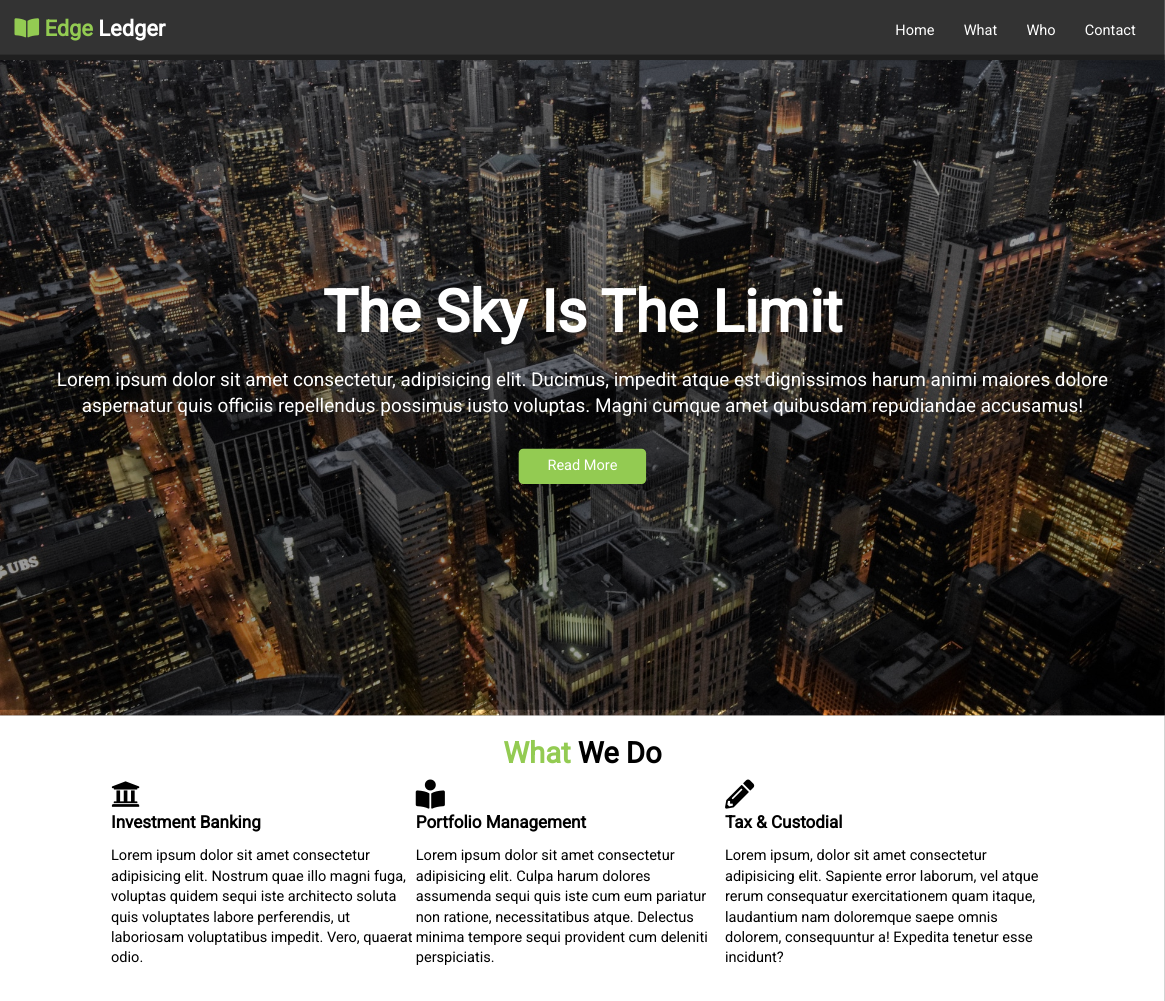
Repository: minhtien9/EdgeLedger-Financial-Web
Page: index.html
The author's editor kept a copy of each file at every save. The page is drawn from the files as they stood at one save, then again after the next save.
The browser window is 1280 px wide. The pictures show the whole page, at 91% of full size.

Above is the page before, as saved 2021-08-16 22:18:11.

### index.html
<!DOCTYPE html>
<html lang="en">

<head>
    <meta charset="UTF-8" />
    <meta http-equiv="X-UA-Compatible" content="IE=edge" />
    <meta name="viewport" content="width=device-width, initial-scale=1.0" />
    <link rel="stylesheet" href="https://cdnjs.cloudflare.com/ajax/libs/font-awesome/5.15.4/css/all.min.css" integrity="sha512-1ycn6IcaQQ40/MKBW2W4Rhis/DbILU74C1vSrLJxCq57o941Ym01SwNsOMqvEBFlcgUa6xLiPY/NS5R+E6ztJQ==" crossorigin="anonymous" referrerpolicy="no-referrer"
    />
    <link rel="stylesheet" media="screen and (max-width:768px)" href="css/mobile.css" />
    <link rel="stylesheet" media="screen  and (min-width:1100)" href="css/widescreen.css" />
    <link rel="stylesheet" href="css/style.css" />
    <title>EdgeLedger Financial | Accounting & Investment</title>
</head>

<body id="home">
    <!-- Navbar -->
    <nav id="navbar">
        <h1 class="logo">
            <span class="text-primary"> <i class="fas fa-book-open"></i> Edge </span
        >Ledger
      </h1>
      <ul>
        <li><a href="#home">Home</a></li>
        <li><a href="#what">What</a></li>
        <li><a href="#who">Who</a></li>
        <li><a href="#contact">Contact</a></li>
      </ul>
    </nav>
    <!-- Header: Showcase -->
    <header id="showcase">
      <div class="showcase-content">
        <h1 class="l-heading">The Sky Is The Limit</h1>
        <p class="lead">
          Lorem ipsum dolor sit amet consectetur, adipisicing elit. Ducimus,
          impedit atque est dignissimos harum animi maiores dolore aspernatur
          quis officiis repellendus possimus iusto voluptas. Magni cumque amet
          quibusdam repudiandae accusamus!
        </p>
        <a href="#what" class="btn">Read More</a>
      </div>
    </header>
    <!-- Section: What We Do -->
    <section id="what" class="bg-ligh py-1">
      <div class="container">
        <h2 class="m-heading text-center">
          <span class="text-primary">What</span> We Do
            </h2>
            <div class="items">
                <div class="item">
                    <i class="fas fa-university fa-2x"></i>
                    <div>
                        <h3>Investment Banking</h3>
                        <p>
                            Lorem ipsum dolor sit amet consectetur adipisicing elit. Nostrum quae illo magni fuga, voluptas quidem sequi iste architecto soluta quis voluptates labore perferendis, ut laboriosam voluptatibus impedit. Vero, quaerat odio.
                        </p>
                    </div>
                </div>
                <div class="item">
                    <i class="fas fa-book-reader fa-2x"></i>
                    <div>
                        <h3>Portfolio Management</h3>
                        <p>
                            Lorem ipsum dolor sit amet consectetur adipisicing elit. Culpa harum dolores assumenda sequi quis iste cum eum pariatur non ratione, necessitatibus atque. Delectus minima tempore sequi provident cum deleniti perspiciatis.
                        </p>
                    </div>
                </div>
                <div class="item">
                    <i class="fas fa-pencil-alt fa-2x"></i>
                    <div>
                        <h3>Tax & Custodial</h3>
                        <p>
                            Lorem ipsum, dolor sit amet consectetur adipisicing elit. Sapiente error laborum, vel atque rerum consequatur exercitationem quam itaque, laudantium nam doloremque saepe omnis dolorem, consequuntur a! Expedita tenetur esse incidunt?
                        </p>
                    </div>
                </div>
            </div>
            </div>
            </section>
</body>

</html>

### css/style.css
@import url('https://fonts.googleapis.com/css2?family=Roboto&display=swap');
* {
    box-sizing: border-box;
    margin: 0;
    padding: 0;
}

body {
    font-family: 'Roboto', sans-serif;
    line-height: 1.4;
}

a {
    text-decoration: none;
}

p {
    margin: 0.75rem 0;
}


/* Utility Classes */

.container {
    max-width: 1100px;
    margin: auto;
    padding: 0 2rem;
    overflow: hidden;
}

.text-center {
    text-align: center;
}

.text-primary {
    color: #93cb52;
}

.l-heading {
    font-size: 4rem;
    margin-bottom: 0.75rem;
    line-height: 1.1;
}

.m-heading {
    font-size: 2rem;
    margin-bottom: 0.75rem;
    line-height: 1.1;
}

.lead {
    font-size: 1.3rem;
    margin-bottom: 2rem;
}

.py-1 {
    padding: 1.5rem 0;
}

.py-2 {
    padding: 2rem 0;
}

.py-3 {
    padding: 3rem 0;
}

.btn {
    display: inline-block;
    color: #fff;
    background: #93cb52;
    padding: 0.5rem 2rem;
    border: none;
    border-radius: 5px;
}

.btn:hover {
    background: #7ab436;
}

.btn-dark {
    background: #333;
    color: #fff;
}


/* Navbar */

#navbar {
    display: flex;
    position: stick;
    top: 0;
    background: #333;
    color: #fff;
    justify-content: space-between;
    z-index: 1;
    padding: 1rem;
}

#navbar ul {
    display: flex;
    align-items: center;
    list-style: none;
}

#navbar ul li a {
    color: #fff;
    padding: 0.75rem;
    margin: 0 0.25rem;
}

#navbar ul li a:hover {
    background: #93cb52;
    border-radius: 5px;
}


/* Showcase */

#showcase {
    background: #333 url('../img/showcase.jpg') no-repeat center center/cover;
    height: 100vh;
    color: #fff;
}

#showcase .showcase-content {
    display: flex;
    flex-direction: column;
    text-align: center;
    justify-content: center;
    align-items: center;
    height: 100%;
    padding: 0 2rem;
    /* Overlay */
    position: absolute;
    top: 60px;
    left: 0;
    background-color: rgba(0, 0, 0, 0.4);
}


/* Section: What We Do */

.items {
    display: flex;
}

Loaded but not shown: css/mobile.css (no stored copy; drawn as an empty file); css/widescreen.css (no stored copy; drawn as an empty file)

After the next save:
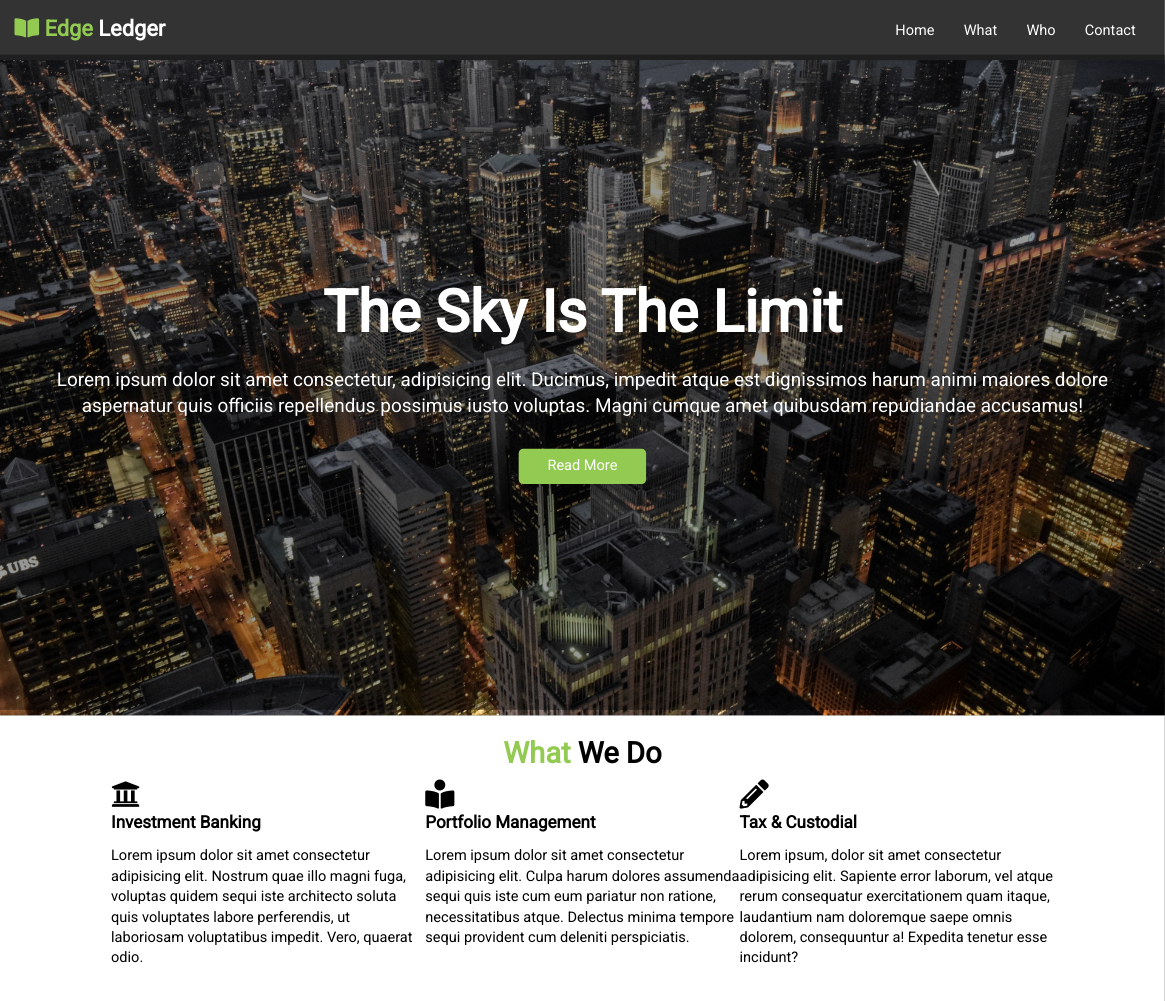
Saved 26 s later.
--- a/css/style.css
+++ b/css/style.css
@@ -144,3 +144,7 @@
 .items {
     display: flex;
 }
+
+.item {
+    flex: 1;
+}
